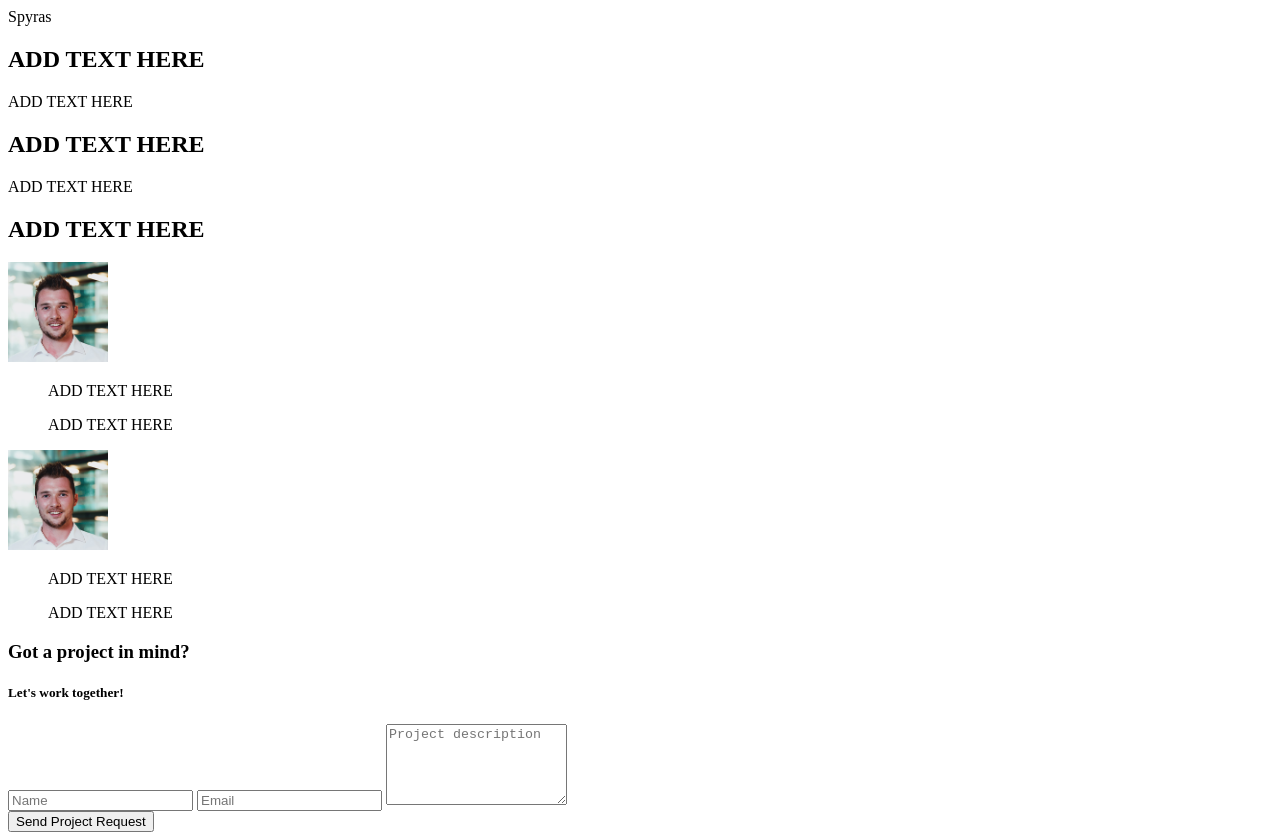
Repository: LibbyWin/Spyras_01
Page: index.html
The author's editor kept a record of every edit. The page is drawn from the files as they stood at one moment, then again after the next edit.
The browser window is 1280 px wide. The pictures show the whole page.

Above is the page before.

After the next edit:
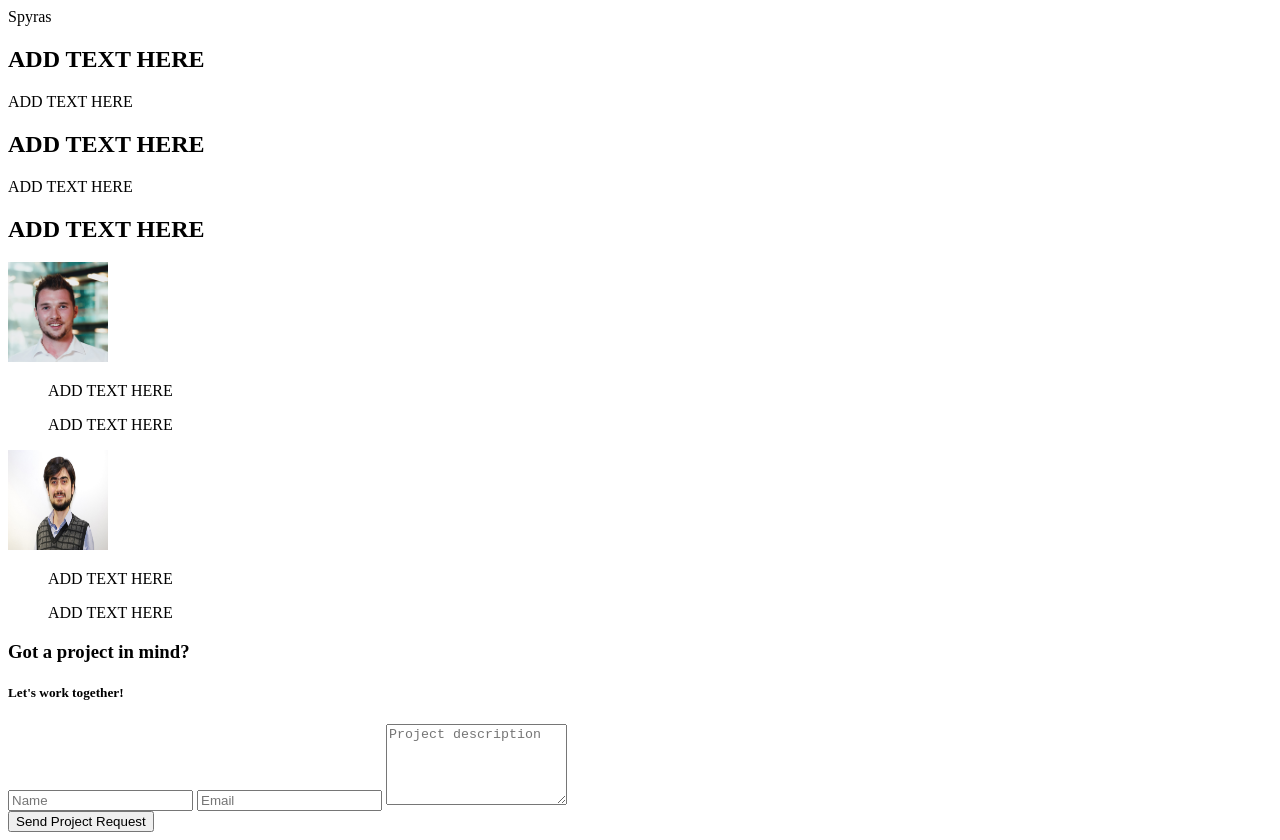
The edit:
--- a/index.html
+++ b/index.html
@@ -98,7 +98,7 @@
     <div class="row">
         <div class="col-12 col-md-6">
             <div class="media">
-                <img src="images/george.jpg" class="rounded-circle mr-3" height=100 width=100>
+                <img src="images/Yasin.jpg" class="rounded-circle mr-3" height=100 width=100>
                 <div class="media-body">
                     <blockquote class="blockquote">
                         <p>ADD TEXT HERE</p>
